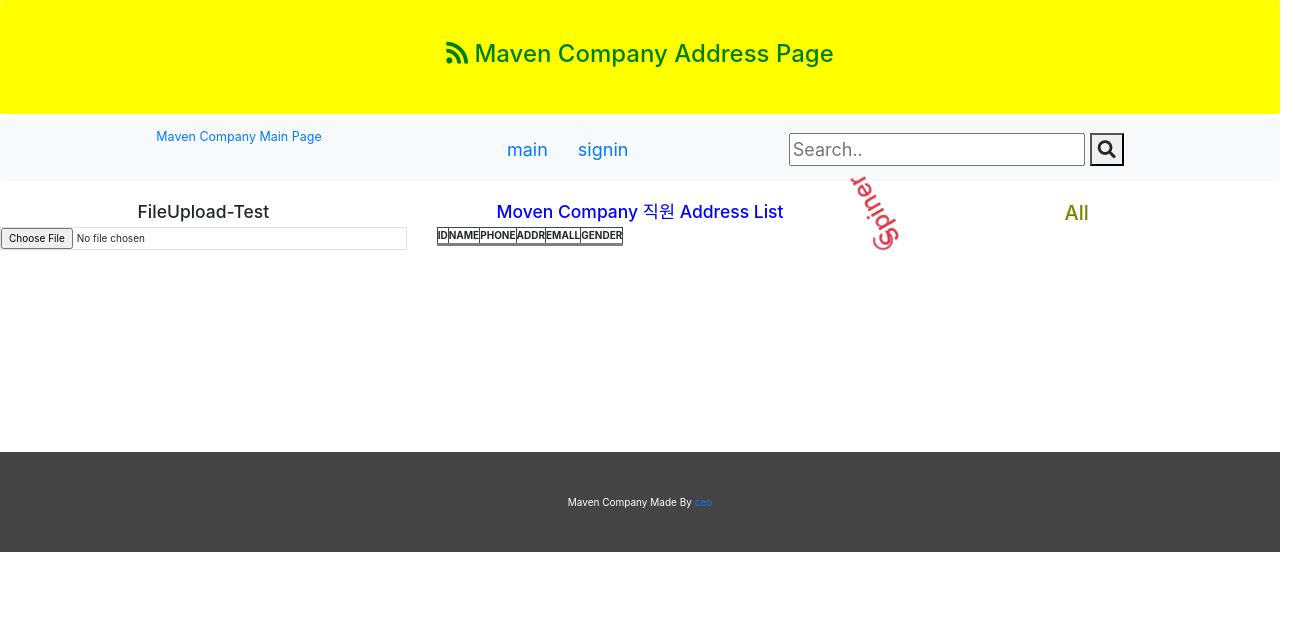
Repository: as2019a/spring
Page: http://localhost/ch19_project_mavenwebsite/WEB-INF/views/address.jsp
The author's editor kept a copy of each file at every save. The page is drawn from the files as they stood at one save, then again after the next save.
The browser window is 1280 px wide. The page is 1295 px wide, so the pictures cover 1295 px, including what lies to the right of the window. The pictures show the whole page.
Some web libraries are served in a nearby version. The page is served by Tomcat 9. Nobody is signed in. The template is opened directly, without the code that normally fills it, so the values that code supplies are empty.

Above is the page before, as saved 2019-02-01 06:16:29.

After the next save:
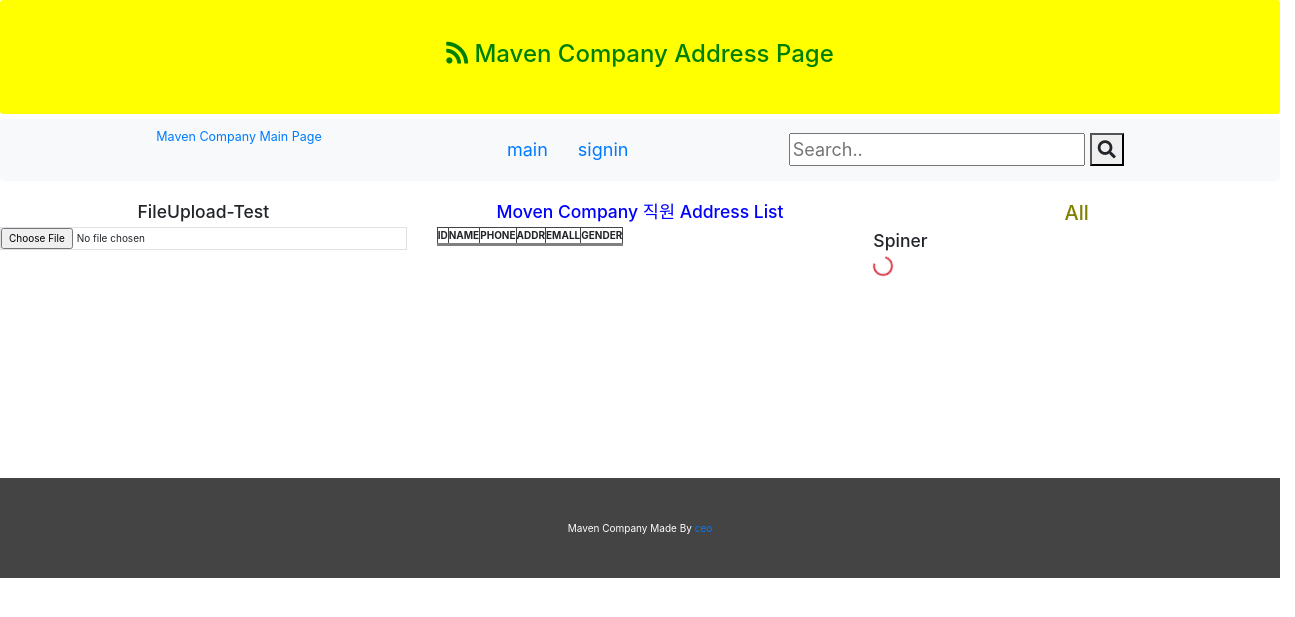
Saved 30 s later.
--- a/ch19_project_mavenwebsite/src/main/webapp/WEB-INF/views/address.jsp
+++ b/ch19_project_mavenwebsite/src/main/webapp/WEB-INF/views/address.jsp
@@ -160,9 +160,8 @@
 	  </div>
 	  <div class="col">
 	  	<h2 style="text-align:center;color:olive;">All</h2>
-	  	<div class="spinner-border text-danger">
-	  		<h1>Spiner</h1>
-	  	</div>
+	  	<h3>Spiner</h3>
+	  	<div class="spinner-border text-danger"></div>
 	  </div>
 	</div>
 	<div class="footer">
